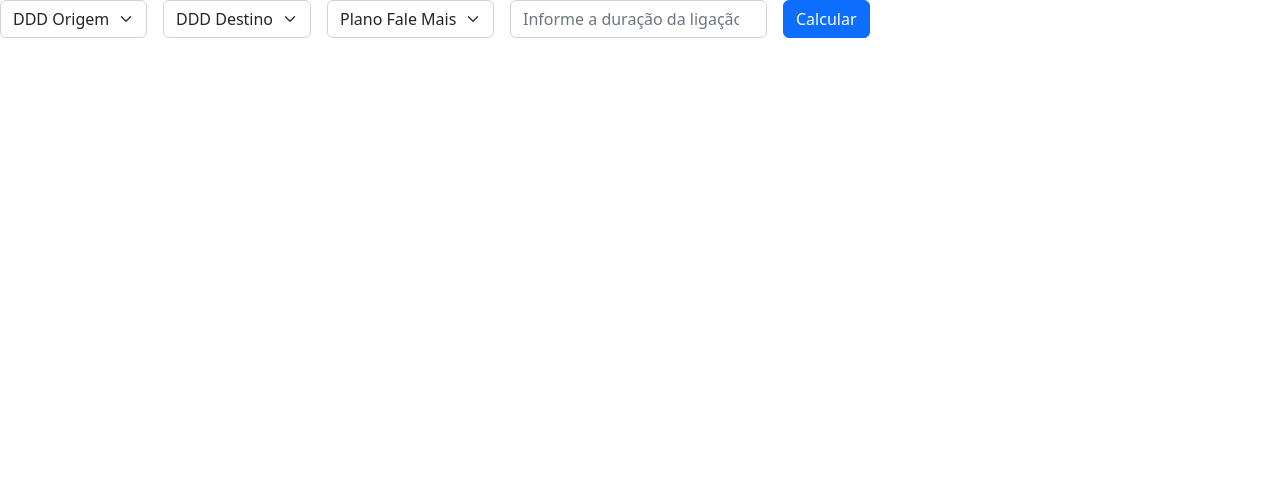
Repository: JuniorMagalhaesDeAlcantara/Fale-Mais
Page: falemais/src/main/resources/templates/index.html
An editor plug-in stored every save of this project. The page is shown before and after the next save, followed by the edit.
The browser window is 1280 px wide. The page is 1288 px wide, so the pictures cover 1288 px, including what lies to the right of the window. The pictures show the whole page.

Above is the page before, as saved 2022-08-03 18:12:11.

After the next save:
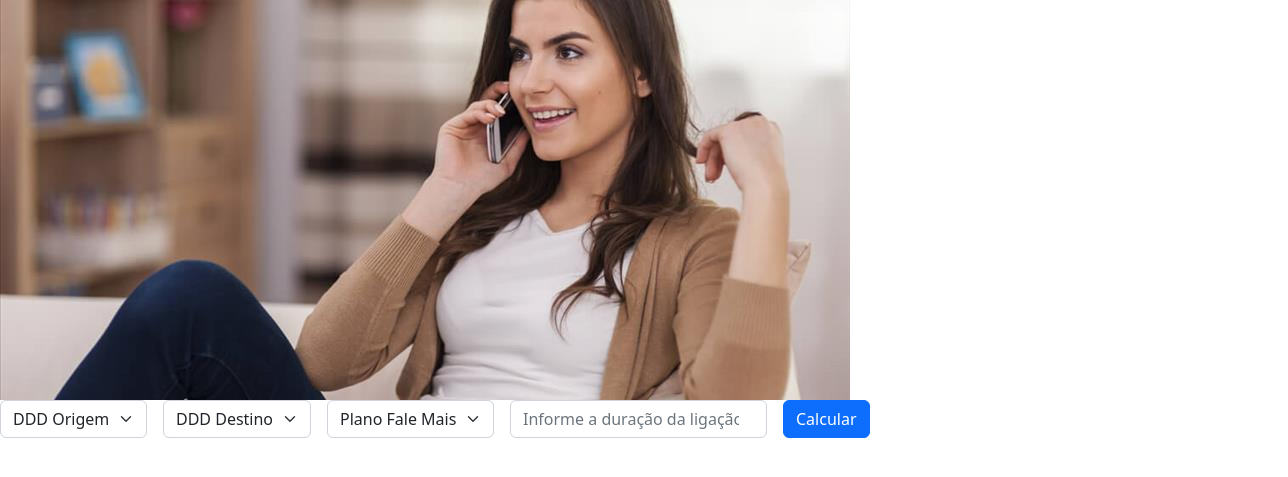
Saved 24 h 10 min later.
--- a/falemais/src/main/resources/templates/index.html
+++ b/falemais/src/main/resources/templates/index.html
@@ -9,6 +9,7 @@
 <link href="https://cdn.jsdelivr.net/npm/bootstrap@5.2.0/dist/css/bootstrap.min.css" rel="stylesheet" integrity="sha384-gH2yIJqKdNHPEq0n4Mqa/HGKIhSkIHeL5AyhkYV8i59U5AR6csBvApHHNl/vI1Bx" crossorigin="anonymous">
 
     <title>Fale Mais</title>
+    <img src="../static/img/Telefone.jpg" class="img-fluid" alt="...">
 </head>
 <body>
     <form class="row gy-2 gx-3 align-items-center" method="post" action="/index">

After the save that followed:
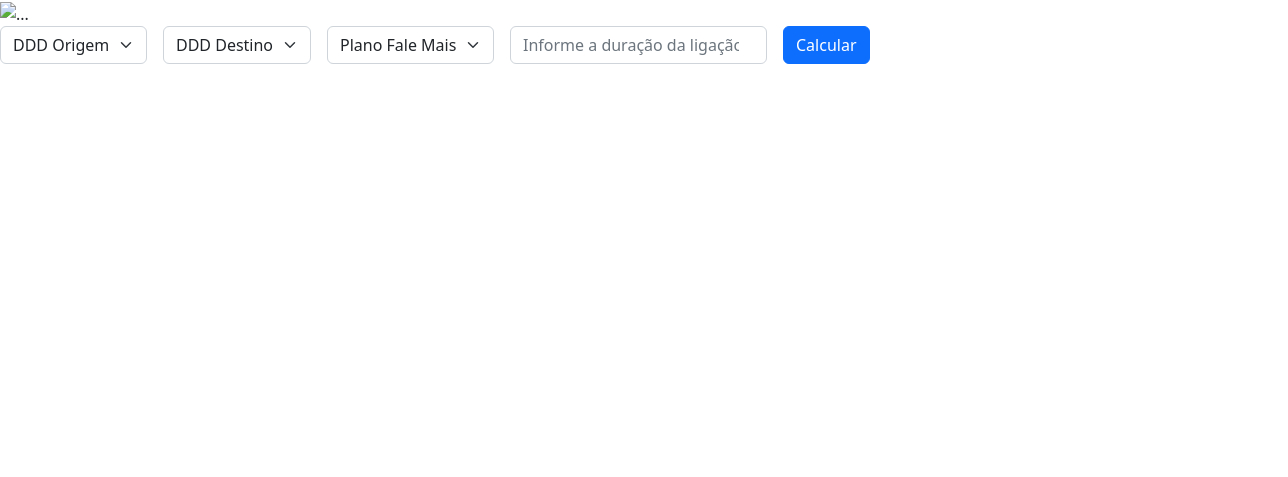
Not found: falemais/static/img/Telefone.jpg
Saved 108 s later.
--- a/falemais/src/main/resources/templates/index.html
+++ b/falemais/src/main/resources/templates/index.html
@@ -9,7 +9,7 @@
 <link href="https://cdn.jsdelivr.net/npm/bootstrap@5.2.0/dist/css/bootstrap.min.css" rel="stylesheet" integrity="sha384-gH2yIJqKdNHPEq0n4Mqa/HGKIhSkIHeL5AyhkYV8i59U5AR6csBvApHHNl/vI1Bx" crossorigin="anonymous">
 
     <title>Fale Mais</title>
-    <img src="../static/img/Telefone.jpg" class="img-fluid" alt="...">
+    <img src="/static/img/Telefone.jpg" class="img-fluid" alt="...">
 </head>
 <body>
     <form class="row gy-2 gx-3 align-items-center" method="post" action="/index">
